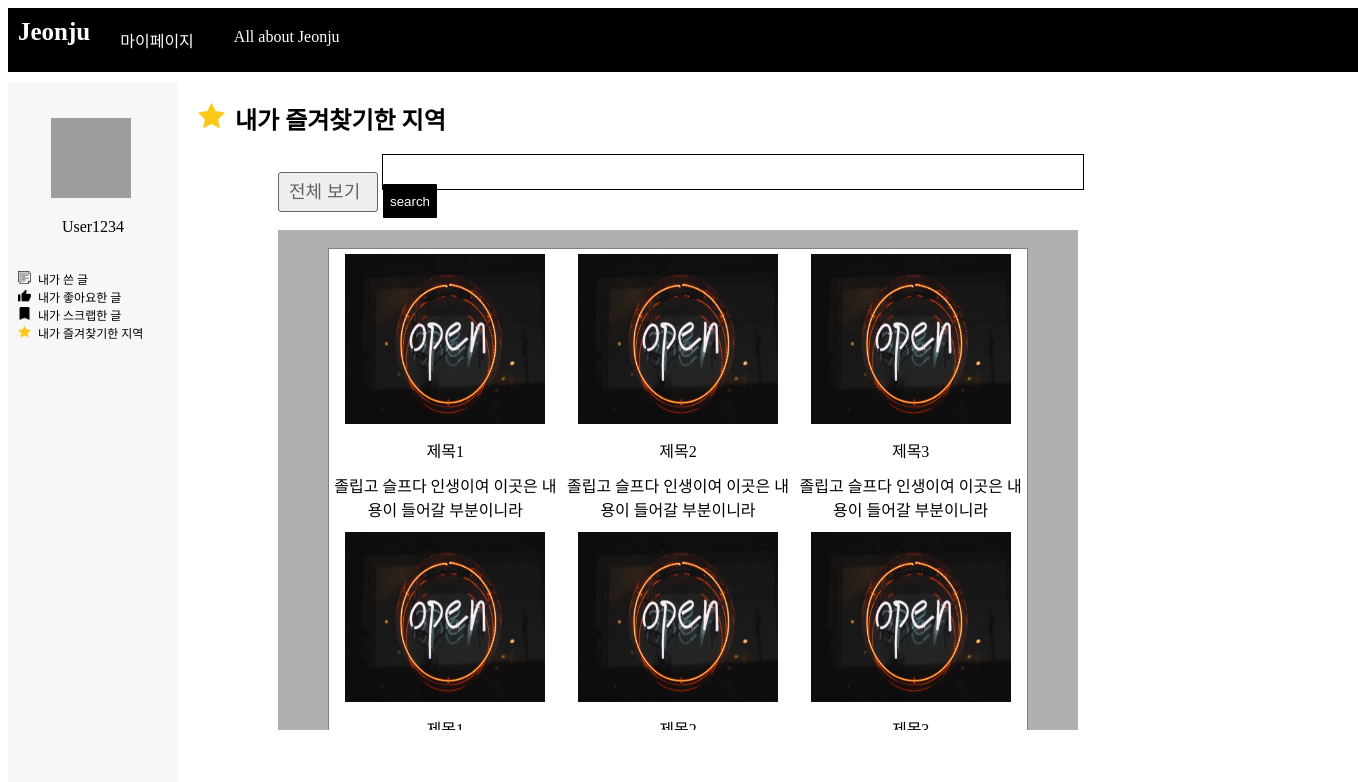
Repository: wka99/WEB-PROJECT
Page: Jeonju/WebContent/UserPage4.html
An editor plug-in stored every save of this project. The page is shown before and after the next save, followed by the edit.
The browser window is 1280 px wide. The page is 1358 px wide, so the pictures cover 1358 px, including what lies to the right of the window. The pictures show the whole page.
Pictures or frames that could not be fetched are drawn as grey boxes. An inner scrolling area shows only its first screen.

Above is the page before, as saved 2018-12-03 09:50:44.

### Jeonju/WebContent/UserPage4.html
<!DOCTYPE html>
<html>
<head>
<meta content="text/html" charset="EUC-KR">
<title>전주 mypage</title>
<link rel="stylesheet" type="text/css" href="NewFile.css">
</head>
<body>
<div id="container">
	<ul class="menubar">
		<li class="h"><a class="title" href="##"><b>Jeonju</b></a></li>
		<li class="h"><a class="h" href="UserPage.html">마이페이지</a>
			<ul>
				<li><a href="UserPage.html">내가 쓴 글</a></li>
				<li><a href="UserPage2.html">내가 좋아요한 글</a></li>
				<li><a href="UserPage3.html">내가 스크랩한 글</a></li>
				<li><a href="UserPage4.html">내가 즐겨찾기한 글</a></li>
			</ul>
		</li>
		<li class="h"><a class="h" href="##">All about Jeonju</a></li>
	</ul>
    <nav>
    	<br><br>
    	<img id="userImg" src="user.png" width="80px" height="80px"></img>
    	<br><p align="center">User1234</p><br></a>
	<div class="menu">
    	<img id="usermenuimg" src="paper.png"></img>
    	<a href="UserPage.html"><span>&nbsp;내가 쓴 글</span><br></a>
    	<img id="usermenuimg" src="thumb-up-button.png"></img>
    	<a href="UserPage2.html"><span>&nbsp;내가 좋아요한 글</span><br></a>
    	<img id="usermenuimg" src="bookmark-ribbon.png"></img>
    	<a href="UserPage3.html"><span>&nbsp;내가 스크랩한 글</span><br></a>
    	<img id="usermenuimg" src="star.png"></img>
    	<a href="UserPage4.html"><span>&nbsp;내가 즐겨찾기한 지역</span></a>
	</div>
    </nav>
    <section>
    	<div class="title">
    		<img class="bigMenu" id="내가 즐겨찾기한 지역" src="star.png" width="27px" height="27px"></img>
    		<b><font size="5">&nbsp;내가 즐겨찾기한 지역</font></b>
    	</div>
    	<br>
    	<select>
    		<option value="0">전체 보기</option>
    		<option value="">00동</option>
    	</select>
    	<div class="searchwindow4">
    		<input type="text" class="searchtext4" value=""/>
    		<button id="searchbutton4" type="button" class="search4">search</button>
    	</div>
    	<br><br>
    	<div class="bookmark_posts">
    	<br>
    	<table id="bookmark-table">
    		<tbody>
    		<tr>
				<td><img src="ds.jpg" width="200px" height="170px"></td>
				<td><img src="ds.jpg" width="200px" height="170px"></td>
				<td><img src="ds.jpg" width="200px" height="170px"></td>
    		</tr>
    		<tr>
    			<td height="10px">제목1</td>
				<td height="10px">제목2</td>
				<td height="10px">제목3</td>
    		</tr>
    		<tr>
    			<td height="50px">졸립고 슬프다 인생이여 이곳은 내용이 들어갈 부분이니라</td>
				<td height="50px">졸립고 슬프다 인생이여 이곳은 내용이 들어갈 부분이니라</td>
				<td height="50px">졸립고 슬프다 인생이여 이곳은 내용이 들어갈 부분이니라</td>
    		</tr>
    		<tr>
				<td><img src="ds.jpg" width="200px" height="170px"></td>
				<td><img src="ds.jpg" width="200px" height="170px"></td>
				<td><img src="ds.jpg" width="200px" height="170px"></td>
    		</tr>
    		<tr>
    			<td height="10px">제목1</td>
				<td height="10px">제목2</td>
				<td height="10px">제목3</td>
    		</tr>
    		<tr>
    			<td height="50px">졸립고 슬프다 인생이여 이곳은 내용이 들어갈 부분이니라</td>
				<td height="50px">졸립고 슬프다 인생이여 이곳은 내용이 들어갈 부분이니라</td>
				<td height="50px">졸립고 슬프다 인생이여 이곳은 내용이 들어갈 부분이니라</td>
    		</tr>
    		</tbody>
    	</table>
    	</div>
    </section>
</div>
</body>
</html>

### Jeonju/WebContent/NewFile.css
	#container{
		width:1350px;
		margin:0px auto;
	}
	header{
		    		width:100%;
                    height:50px;
                    background-color:black;
                    color:white;
                   }
    .menubar{
    	list-style-type:none;
    	margin:0;
    	padding:0;
    	overflow:hidden;
    	background-color:black;
    }
    li.h{
    	float:left;
    	solid #bbb;
    }
    li.h a.h{
    	display:block;
    	color:white;
    	text-align:center;
    	padding:20px;
    	text-decoration:none;
    }
    li.h a.title{
    	display:block;
    	color:white;
    	text-align:center;
    	padding:10px;
    	text-decoration:none;
    	font-size:25px;
    }
    .menubar li ul{
    	opacity:0.8;
		background: rgb(109,109,109);
		display:none; /* 평상시에는 드랍메뉴가 안보이게 하기 */
		height:auto;
		padding:0px;
		margin:0px;
		border:0px;
		position:absolute;
		width:200px;
		z-index:200;
	}
	.menubar li:hover ul{
		display:block; /* 마우스 커서 올리면 드랍메뉴 보이게 하기 */
	}
	.menubar li li {
	background: rgb(109,109,109);
	display:block;
	float:none;
	margin:0px;
	padding:0px;
	width:200px;
	}
	.menubar li:hover li a{
	background:none;
	}
	.menubar li ul a{
	display:block;
    color:white;
    text-align:left;
    text-decoration:none;
    padding:15px;
	}
	.menubar li ul a:hover, .menubar li ul li:hover a{
	background: rgb(71,71,71);
	border:0px;
	color:#ffffff;
	text-decoration:none;
	}
    li.h a.h:hover{background-color:#dfdfdf;}

    .searchwindow {
	display: inline-block;
	width: 800px; height: 34px;
	border: 1px solid black;
	background: white;
	align:center;
	margin-left:100px;
	}
	.searchtext {
		width: 731px; height: 21px;
		margin: 6px 0 0 9px;
		border: 0;
		line-height: 21px;
		font-size: 16px;
		outline: none;
	}
	.searchwindow4 {
	display: inline-block;
	width: 700px; height: 34px;
	border: 1px solid black;
	background: white;
	align:center;
	}
	.searchtext4 {
		width: 631px; height: 21px;
		margin: 6px 0 0 9px;
		border: 0;
		line-height: 21px;
		font-size: 16px;
		outline: none;
	}
	.search,.search4 {
		width: 54px; height: 34px;
		margin: 0; border: 0;
		vertical-align: top;
		background: black;
		color: white;
		border-radius: 1px;
		cursor: pointer;
	}
	.search:hover,.search4:hover {
		background: #faa93e;
	}

	.btn-2,
	.btn-2::after {
	  -webkit-transition: all 0.3s;
	    -moz-transition: all 0.3s;
	  -o-transition: all 0.3s;
	    transition: all 0.3s;
	}
	.btn-2{
	  background: none;
	  border: 2px solid #000000;
	  border-radius: 5px;
	  color: #000000;
	  display: block;
	  font-size: 20px;

	  position: relative;
	  text-transform: uppercase;
	}

	.btn-2::before,
	.btn-2::after {
	  background: #000000;
	  content: '';
	  position: absolute;
	  z-index: -1;
	}

	.btn-2:hover {
	  color: #fff;
	}

	.btn-2::after {
	  height: 100%;
	  left: 0;
	  top: 0;
	  width: 0;
	}

	.btn-2:hover:after {
	  width: 100%;
	}
	select {
		margin-left:100px;
	    width: 100px;
	    height: 40px;
	    padding-left: 10px;
	    font-size: 18px;
	    color:#636363;
	    border: 1px solid #636363;
	    border-radius: 3px;
	    -webkit-appearance: none; /* 화살표 없애기 for chrome*/
	   -moz-appearance: none;    /* 화살표 없애기 for firefox*/
	   appearance: none;         /* 화살표 없애기 공통*/
	}
    nav{
            float:left;
            margin-top:10px;
            background-color:#f7f7f7;
            width:170px;
            height:700px;}
    section{
    		float:left;
    	}
    #userImg{margin-left:43px;}
    #usermenuimg{margin-left:10px;width:13px;height:13px;}
	.menu{margin-bottom:5px;}
    nav span{font-size:12px;}
    .menu a{color:black;text-decoration:none;}
    header a{color:white;text-decoration:none;}
    .bigMenu{margin-left:20px; margin-top:30px;}
    .myPost,.bookmark_posts{width:800px; height:500px; margin-left:100px; overflow:auto; background-color:#b0b0b0;}
    #user-table,#bookmark-table{margin:0 auto;text-align:center;border-collapse:collapse;width:700px;
                border:1px solid gray; background-color:white;}
    #user-table td,#bookmark-table td{padding:5px;}

After the next save:
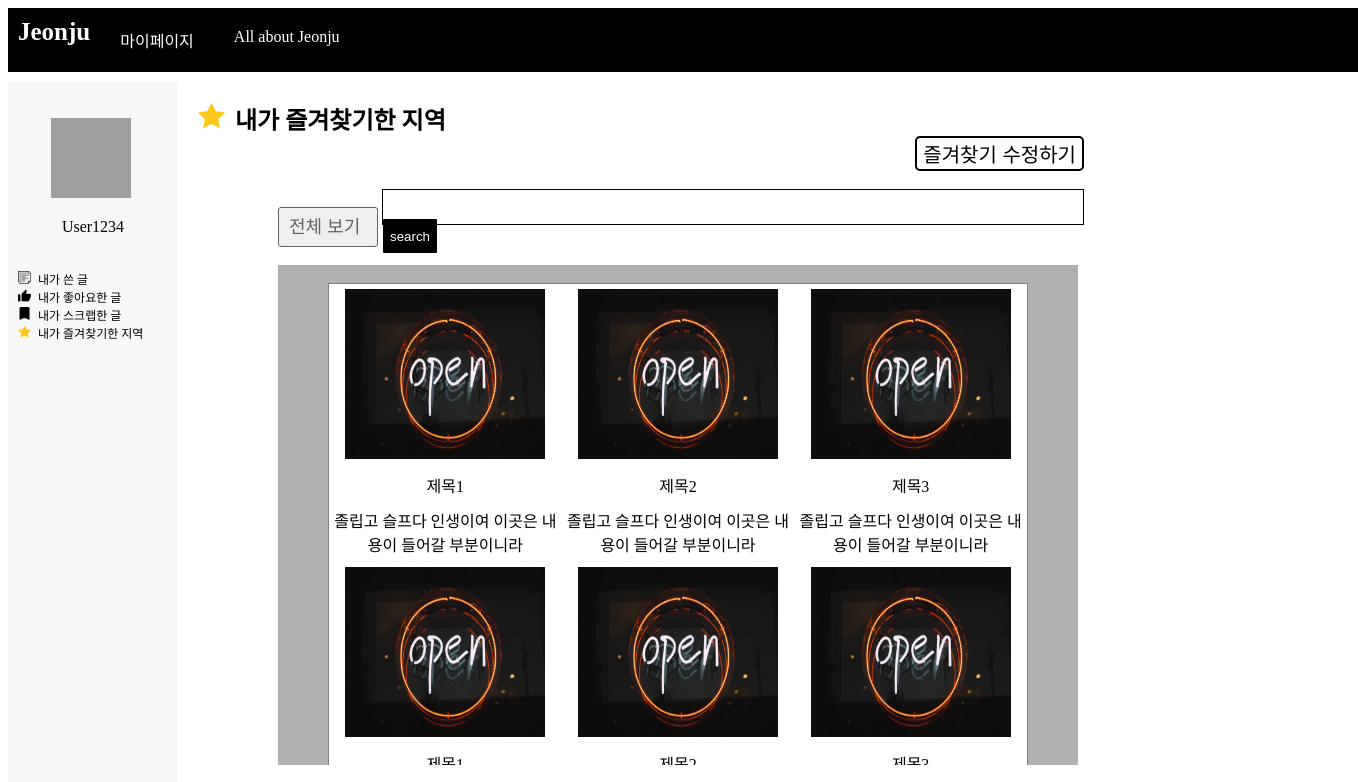
Saved 4 min 20 s later.
--- a/Jeonju/WebContent/UserPage4.html
+++ b/Jeonju/WebContent/UserPage4.html
@@ -38,6 +38,9 @@
     	<div class="title">
     		<img class="bigMenu" id="내가 즐겨찾기한 지역" src="star.png" width="27px" height="27px"></img>
     		<b><font size="5">&nbsp;내가 즐겨찾기한 지역</font></b>
+    	</div>
+    	<div align="right">
+    		<button class="btn-2" onClick="location.href='##sss'">즐겨찾기 수정하기</button>
     	</div>
     	<br>
     	<select>
